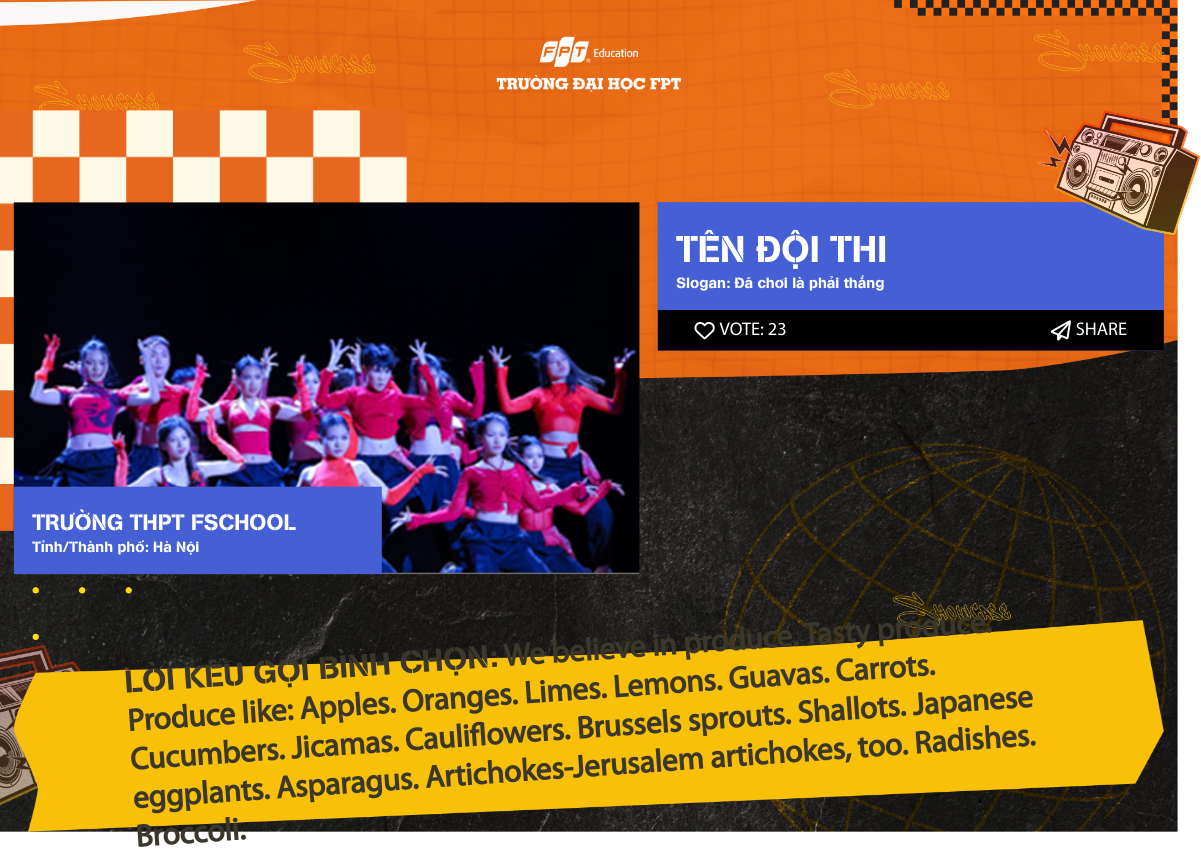
Repository: dinhtri123/hola_fpt
Page: detail.html
The author's editor kept a copy of each file at every save. The page is drawn from the files as they stood at one save, then again after the next save.
The browser window is 1280 px wide. The page is 1305 px wide, so the pictures cover 1305 px, including what lies to the right of the window. The pictures show the whole page, at 92% of full size.

Above is the page before, as saved 2025-01-04 22:59:21.

After the next save:
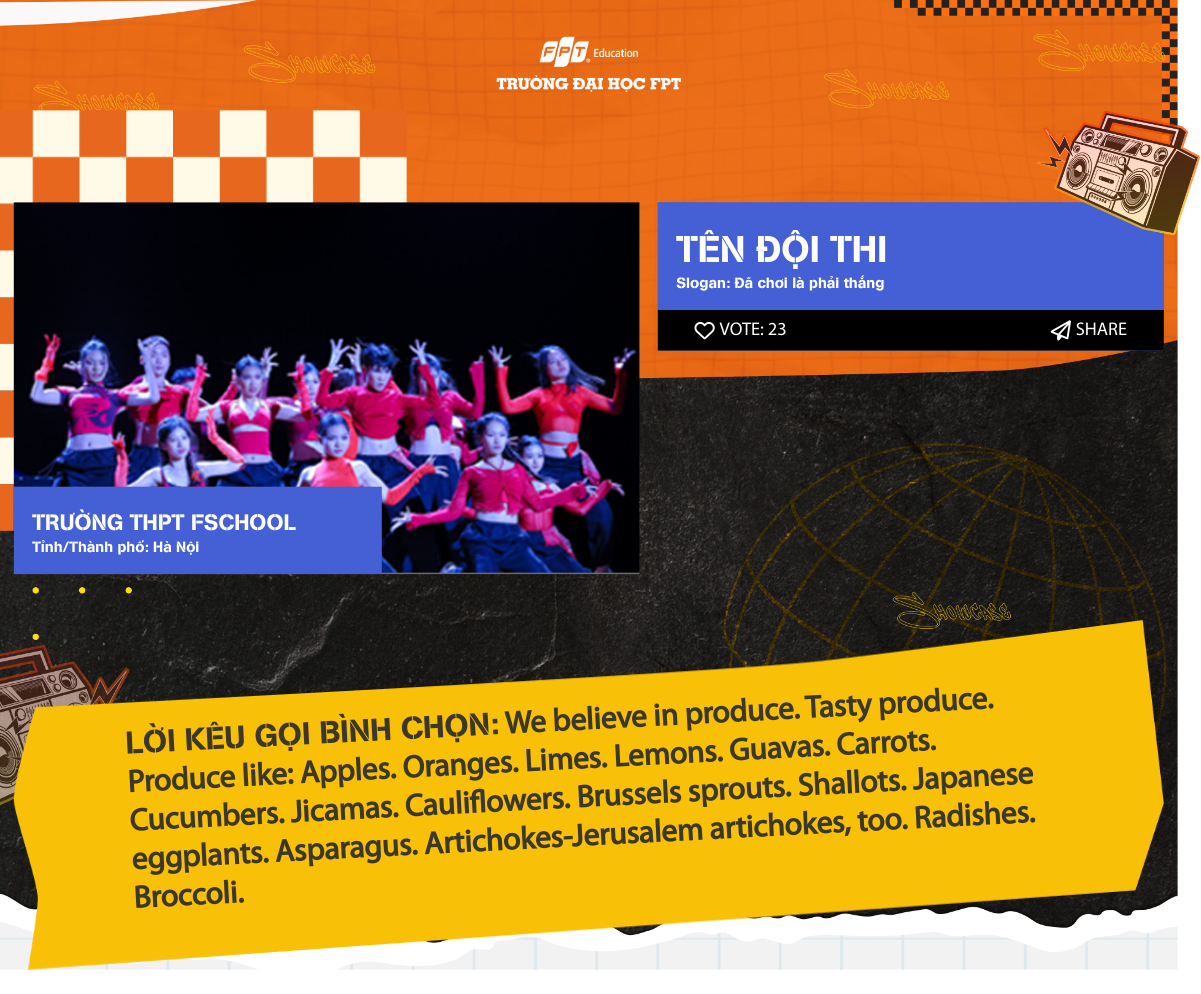
Saved 71 s later.
--- a/styles.css
+++ b/styles.css
@@ -434,6 +434,9 @@
 }
 .detail .news-item-desc p {
   font-size: 34px;
+  font-size: 34px;
+  padding: 80px 0px;
+  transform: rotate(-3deg);
 }
 .detail .news-item-desc {
   transform: translate(0);
